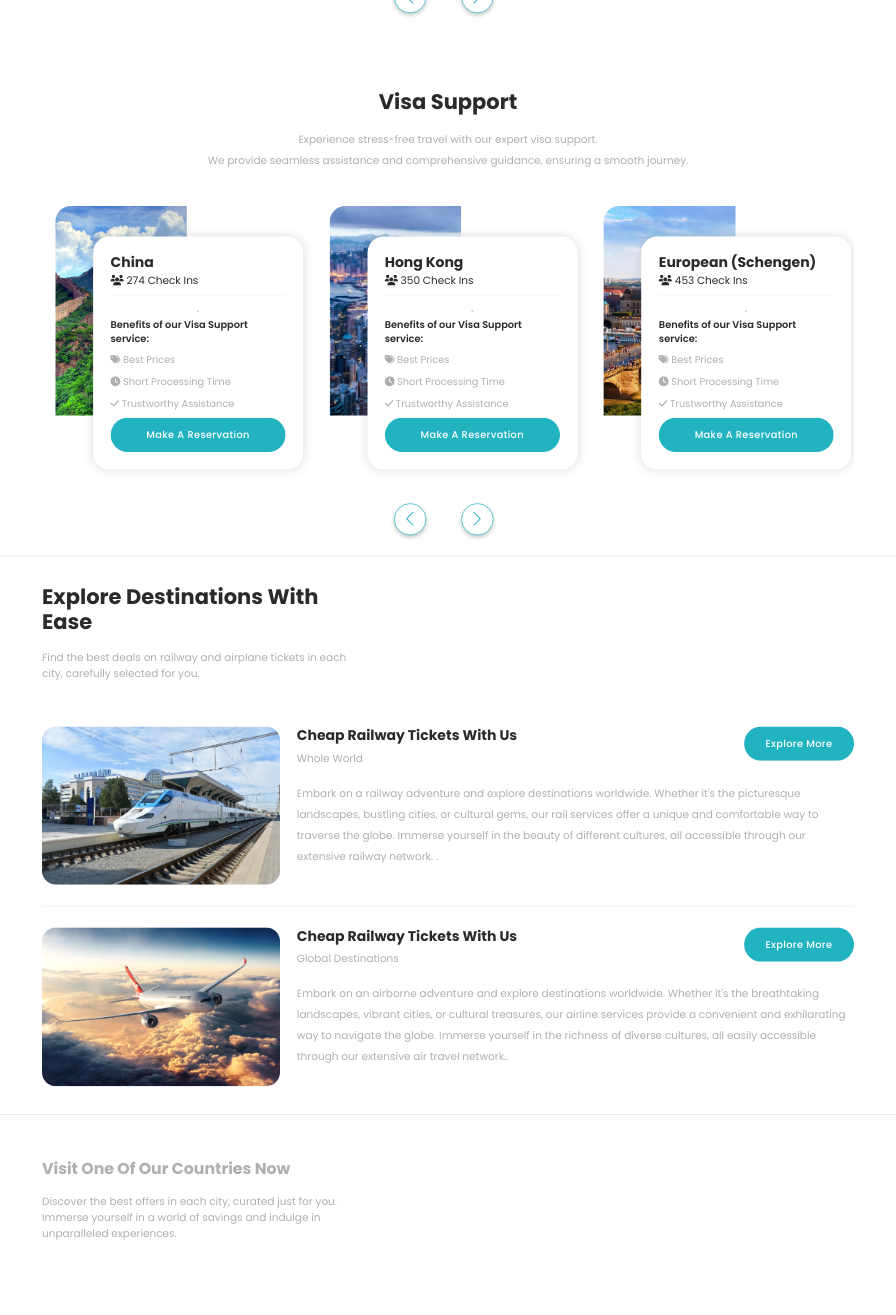
Repository: asadbekdev07/asadbekdev-zamontour-react
Page: /
These files come from the project's save history. The page is drawn as it stood at one moment and after the next save; the edit follows.
The browser window is 1280 px wide. The pictures show the part of the page from y = 1377 to 3297 px (the page is 3255 px tall before and 3297 px after), at 70% of full size.
The project was rebuilt for these pictures with package versions that can differ from the ones it lists, and the page was loaded fresh each time. Also part of the build but not shown: vite.config.js.

Above is the page before, as saved 2024-05-26 19:06:28.

After the next save:
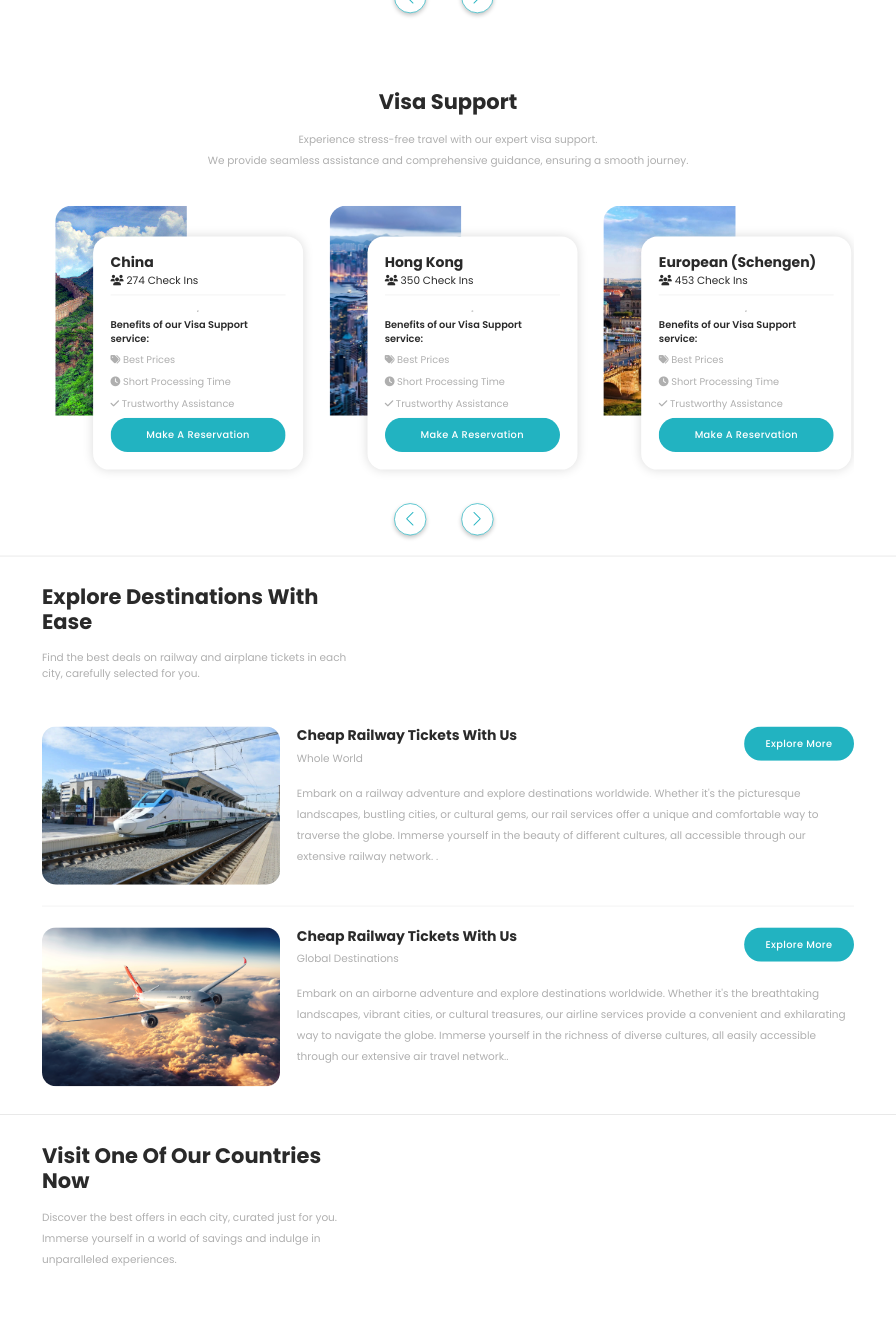
Saved 20 s later.
--- a/src/assets/styles/index.css
+++ b/src/assets/styles/index.css
@@ -591,7 +591,8 @@ select:-webkit-autofill:focus {
   margin-bottom: 65px;
 }
 
-.destination__top-heading {
+.destination__top-heading,
+.visit__heading {
   margin: 0;
   margin-bottom: 20px;
   font-weight: 700;
@@ -600,7 +601,8 @@ select:-webkit-autofill:focus {
   color: #2a2a2a;
 }
 
-.destination__top-description {
+.destination__top-description,
+.visit__description {
   margin: 0;
   line-height: 30px;
 }
